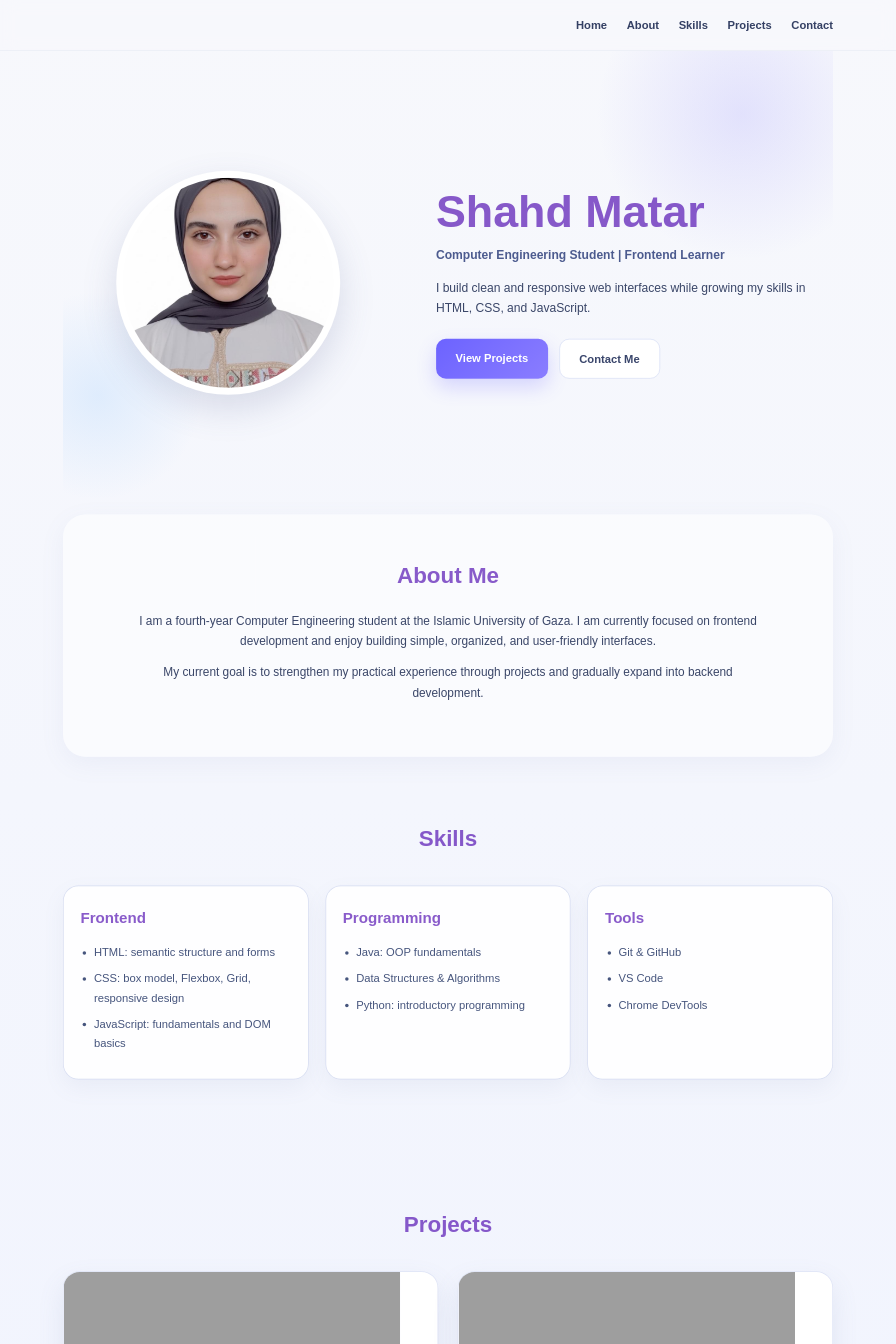
Repository: shahdmattar/personal-landing-page
Page: index.html
These files come from the project's save history. The page is drawn as it stood at one moment and after the next save; the edit follows.
The browser window is 1280 px wide. The pictures show the part of the page from y = 0 to 1920 px (the page is 3422 px tall), at 70% of full size.
Pictures or frames that could not be fetched are drawn as grey boxes.

Above is the page before, as saved 2026-04-14 00:45:30.

After the next save:
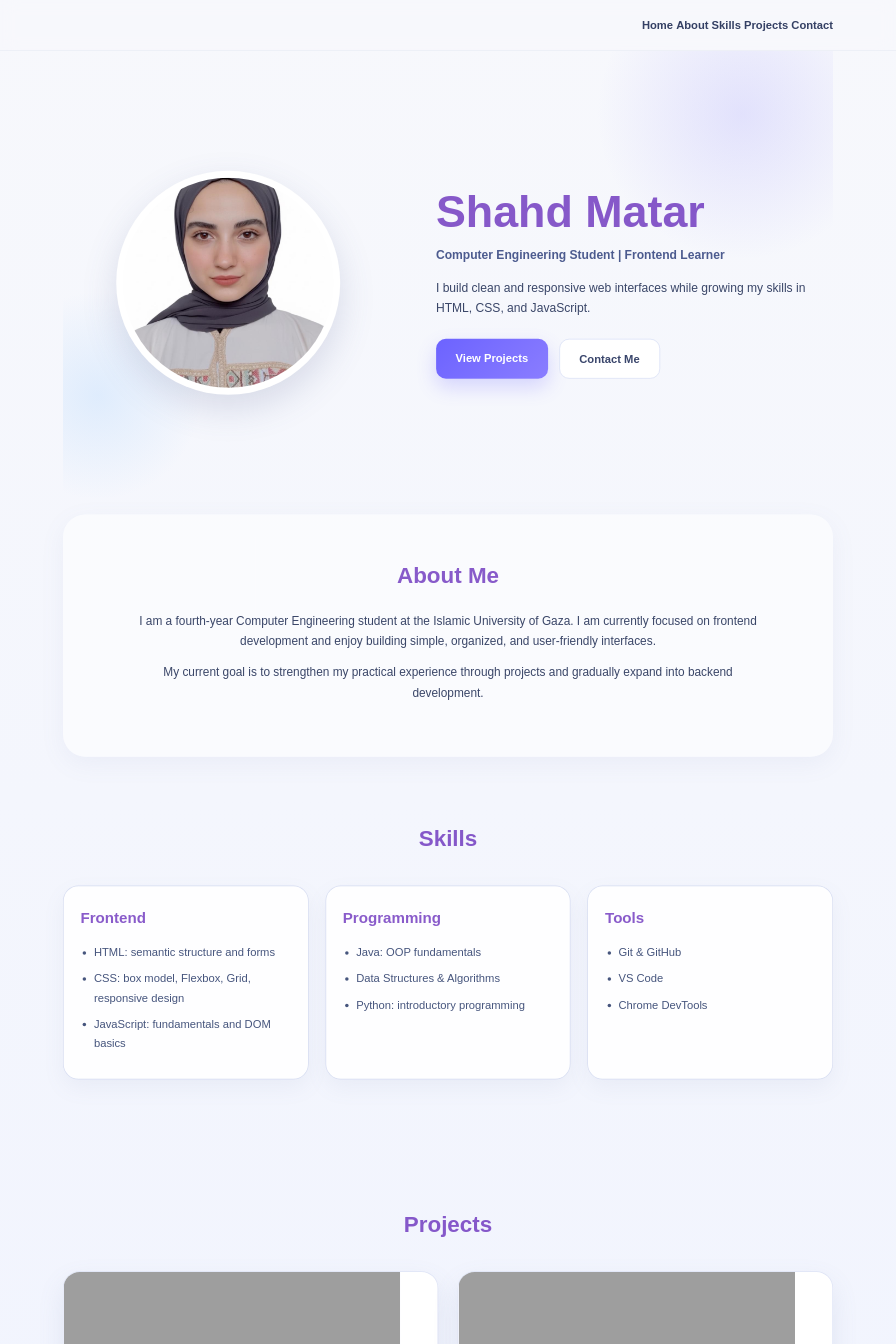
Saved 7 s later.
--- a/index.html
+++ b/index.html
@@ -11,7 +11,7 @@
   <body>
     <header class="site-header">
       <nav aria-label="Primary navigation">
-        <div class="right-section"></div>
+        <div class="right-section">
         <a href="#hero">Home</a>
         <a href="#about">About</a>
         <a href="#skills">Skills</a>
